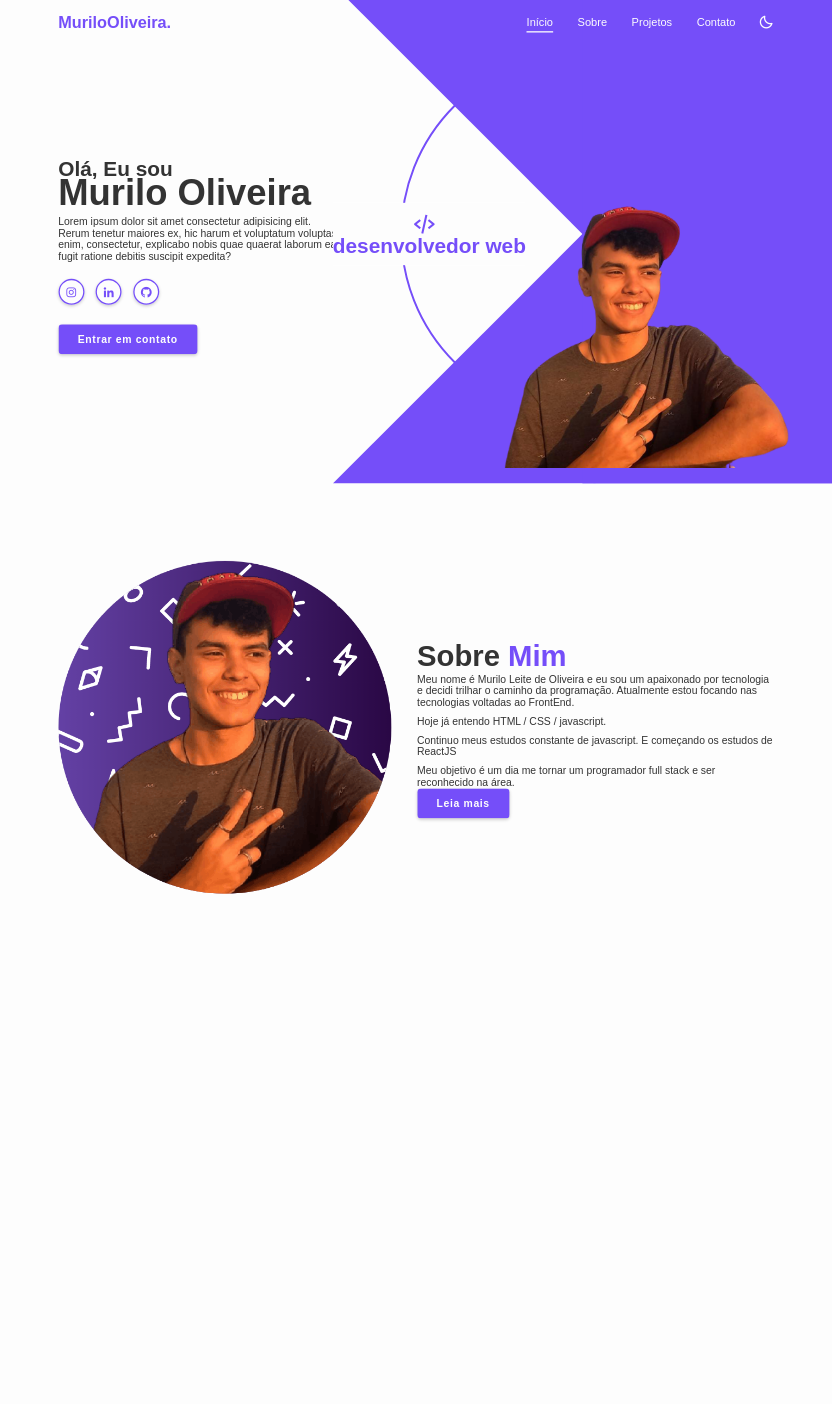
Repository: devMuriloOliveira/Portfolio-
Page: index.html
An editor plug-in stored every save of this project. The page is shown before and after the next save, followed by the edit.
The browser window is 1280 px wide. The pictures show the whole page, at 65% of full size.
Some web fonts or font styles are not loaded; a fallback is used.

Above is the page before, as saved 2023-03-11 17:52:03.

### index.html
<!DOCTYPE html>
<html lang="en">
  <head>
    <meta charset="UTF-8" />
    <meta http-equiv="X-UA-Compatible" content="IE=edge" />
    <meta name="viewport" content="width=device-width, initial-scale=1.0" />
    <title>Murilo Oliveira</title>

    <!--box icons-->
    <link
      href="https://unpkg.com/boxicons@2.1.4/css/boxicons.min.css"
      rel="stylesheet"
    />

    <!--font-->
    <link
      rel="stylesheet"
      href="https://fonts.googleapis.com/css2?family=Material+Symbols+Outlined:opsz,wght,FILL,GRAD@20..48,100..700,0..1,-50..200"
    />

    <!--css-->
    <link rel="stylesheet" href="style.css" />
  </head>
  <body>
    <header class="header">
      <a class="logo" href="#">Murilo<span>Oliveira</span>.</a>

      <nav class="navbar">
        <a href="#inicio" class="active">Início</a>
        <a href="#sobre">Sobre</a>
        <a href="#projetos">Projetos</a>
        <a href="#contato">Contato</a>
      </nav>

      <div class="bx bx bx-moon" id="darkMode-icon"></div>
    </header>

    <!------------inicio------------>

    <section class="inicio" id="inicio">
      <div class="inicio-content">
        <h3>Olá, Eu sou</h3>
        <h1>Murilo Oliveira</h1>
        <p>
          Lorem ipsum dolor sit amet consectetur adipisicing elit. Rerum tenetur
          maiores ex, hic harum et voluptatum voluptas enim, consectetur,
          explicabo nobis quae quaerat laborum ea fugit ratione debitis suscipit
          expedita?
        </p>

        <div class="social-media">
          <a href="#"><i class="bx bxl-instagram"></i></a>
          <a href="#"><i class="bx bxl-linkedin"></i></a>
          <a href="#"><i class="bx bxl-github"></i></a>
        </div>

        <a href="#" class="btn">Entrar em contato</a>
      </div>

      <div class="profession-container">
        <div class="profession-box">
          <div class="profession" style="--i: 0">
            <i class="bx bx-code-alt"></i>
            <h3>desenvolvedor web</h3>
          </div>
          <div class="profession" style="--i: 1">
            <i class="bx bx-code-alt"></i>
            <h3>desenvolvedor web</h3>
          </div>
          <div class="profession" style="--i: 2">
            <i class="bx bx-code-alt"></i>
            <h3>desenvolvedor web</h3>
          </div>
          <div class="profession" style="--i: 3">
            <i class="bx bx-code-alt"></i>
            <h3>desenvolvedor web</h3>
          </div>
          <div class="circle"></div>
        </div>

        <div class="overlay"></div>
      </div>

      <div class="inicio-img">
        <img src="assets/homem_sorrindo-removebg-preview.png" alt="" />
      </div>
    </section>

    <!------------sobre------------>

    <section class="sobre" id="sobre">
      <div class="sobre-img">
        <img src="/assets/profile-pic (4).png" alt="" />
      </div>

      <div class="sobre-content">
        <h2 class="heading">Sobre <span>Mim</span></h2>

        <p>
          Meu nome é Murilo Leite de Oliveira e eu sou um apaixonado por
          tecnologia e decidi trilhar o caminho da programação. Atualmente estou
          focando nas tecnologias voltadas ao FrontEnd.
        </p>
        <br />
        <p>Hoje já entendo HTML / CSS / javascript.</p>
        <br />
        <p>
          Continuo meus estudos constante de javascript. E começando os estudos
          de ReactJS
        </p>
        <br />
        <p>
          Meu objetivo é um dia me tornar um programador full stack e ser
          reconhecido na área.
        </p>

        <a href="#" class="btn">Leia mais</a>
      </div>
    </section>

    <!------------projetos------------>

    <section class="projetos" id="projetos"></section>

    <script src="/main.js"></script>
  </body>
</html>

### style.css
*{
  margin: 0;
  padding: 0;
  box-sizing: border-box;
  text-decoration: none;
  border: none;
  outline: none;
  scroll-behavior: smooth;
  font-family: 'Poppins', sans-serif;
}

:root{
  --bg-color: #fdfdfd;
  --text-color: #333;
  --main-color: #754ef9;
  --white-color: #fdfdfd;
  --shadow-color: rgba(0, 0, 0, .2);
}

html{
  font-size: 62.5%;
  overflow-x: hidden;
}

body{
  background: var(--bg-color);
  color: var(--text-color);
}

.header{
  position: fixed;
  top: 0;
  left: 0;
  width: 100%;
  padding: 2rem 7%;
  background: transparent;
  display: flex;
  align-items: center;
  z-index: 100;
  transition: .5s;
}

.sticky{
  background: var(--bg-color);
  box-shadow: 0 .1rem 1rem var(--shadow-color);
}

.logo{
  font-size: 2.5rem;
  color: var(--main-color);
  font-weight: 600;
  cursor: default;
  margin-right: auto;
}

.navbar a{
  position: relative;
  font-size: 1.7rem;
  color: var(--white-color);
  font-weight: 500;
  margin-right: 3.5rem;
}

 .sticky .navbar a{
  color: var(--text-color);
}

 .sticky .navbar a.active{
  color: var(--main-color);
}


.navbar a.active::before{
  content: '';
  position: absolute;
  left: 0;
  bottom: -6px;
  width: 100%;
  height: .2rem;
  background: var(--white-color);
}

  .sticky .navbar a::before{
  background: var(--main-color);
  opacity: .7;
}


#darkMode-icon{
  font-size: 2.4rem;
  color: var(--white-color);
  cursor: pointer;
}

.sticky #darkMode-icon{
  color: var(--text-color);
  opacity: .9;
}

section{
  min-height: 100vh;
  padding: 10rem 7% 2rem;
}

.inicio{
  display: flex;
  align-items: center;
}

.inicio .inicio-content{
  max-width: 44rem;
}

.inicio-content h3{
  font-size: 3.2rem;
  font-weight: 700;
  line-height: .3;
}

.inicio-content h1{
  font-size: 5.6rem;
  font-weight: 700;
  margin-bottom: .3rem;
}

.inicio-content p{
  font-size: 1.6rem;
}

.inicio-content .social-media a{
  display: inline-flex;
  justify-content: center;
  align-items: center;
  width: 4rem;
  height: 4rem;
  background: transparent;
  border: .2rem solid var(--main-color);
  border-radius: 50%;
  box-shadow: 0 .2rem .5rem var(--shadow-color);
  font-size: 2rem;
  color: var(--main-color);
  margin: 2.5rem 1.5rem 3rem 0;
  transition: .5s ease;
}

.inicio-content .social-media a:hover{
  background: var(--main-color);
  color: var(--white-color);
}

.btn{
  display: inline-block;
  padding: 1.2rem 2.8rem;
  background: var(--main-color);
  border-radius: .6rem;
  box-shadow: 0 .2rem .5rem var(--shadow-color);
  font-size: 1.6rem;
  color: var(--white-color);
  letter-spacing: .1rem;
  font-weight: 600;
  border: .2rem solid transparent;
  transition: .5s ease;
}

.btn:hover{
  background: transparent;
  color: var(--main-color);
  border-color: var(--main-color);
}

.inicio .profession-container{
  position: absolute;
  top: 50%;
  right: 0;
  transform: translateY(-50%);
  width: 768px;
  height: 768px;

  overflow: hidden;
  pointer-events: none;
}

.inicio .profession-container .profession-box{
  position: absolute;
  top: 0;
  right: 0;
  width: 768px;
  height: 768px;
  border-radius: 50%;
  display: flex;
  justify-content: center;
  align-items: center;
}

.inicio .profession-box .profession{
  position: absolute;
  left: 0;
  display: flex;
  align-items: center;
  flex-direction: column;
  color: var(--main-color);
  transform: rotate(calc(360deg / 4 * var(--i)));
  transform-origin: 384px;
  background: var(--bg-color);
  padding: 13px 0;
}

.inicio .profession-box .profession:nth-child(1) i {
  margin-right: 15px;
}

.inicio .profession-box .profession:nth-child(2),
.inicio .profession-box .profession:nth-child(4) {
  padding-bottom: 20px;
}

.inicio .profession i{
  font-size: 3.8rem;
}

.inicio .profession h3{
  font-size: 3.2rem;
  line-height: 1;
  font-weight: 600;
}

.inicio .profession-box .circle{
  width: 560px;
  height: 560px;

  border: 3px solid var(--main-color);
  border-radius: 50%;
}

.inicio .profession-container .overlay{
  position: absolute;
  top: 0;
  right: 0;
  width: 0;
  height: 0;
  border-top: 384px solid var(--main-color);
  border-right: 384px solid var(--main-color);
  border-bottom: 384px solid var(--main-color);
  border-left: 384px solid transparent;

}

.inicio-img img{
  position: absolute;
  bottom: 0;
  right: 0;
  width: 50%;
  pointer-events: none;
}

span{
  color: var(--main-color);
}

.sobre{
  display: flex;
  justify-content: center;
  align-items: center;
  gap: 4rem;
}

.sobre-img img{
  width: 40vw;
}

.heading{
  font-size: 4.5rem;
  text-align: center;
}

.sobre-content h2{
  text-align: left;
  line-height: 1.2;
}

.sobre-content p{
  font-size: 1.6rem;

}

### main.js
window.addEventListener('scroll', function () {
  const header = document.querySelector('.header')
  header.classList.toggle('sticky', window.scrollY > 100)
})

/*window.onscroll = () => {
  let header = document.querySelector('.header')

  header.classList.toggle('sticky', window.scrollY > 100)
}*/

After the next save:
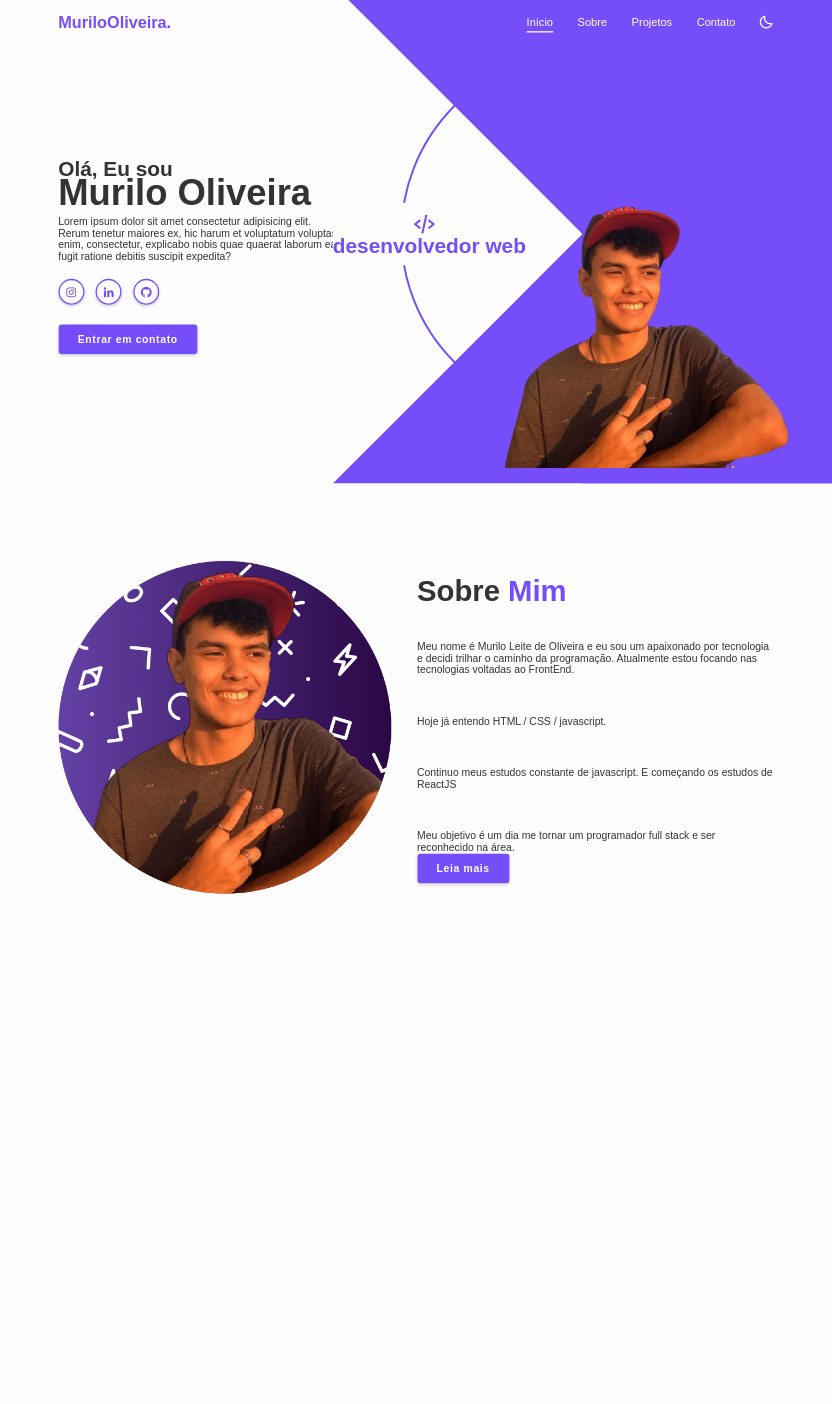
Saved 18 s later.
--- a/style.css
+++ b/style.css
@@ -280,5 +280,5 @@
 
 .sobre-content p{
   font-size: 1.6rem;
-
-}
+  margin-top: 5rem;
+}

After the save that followed:
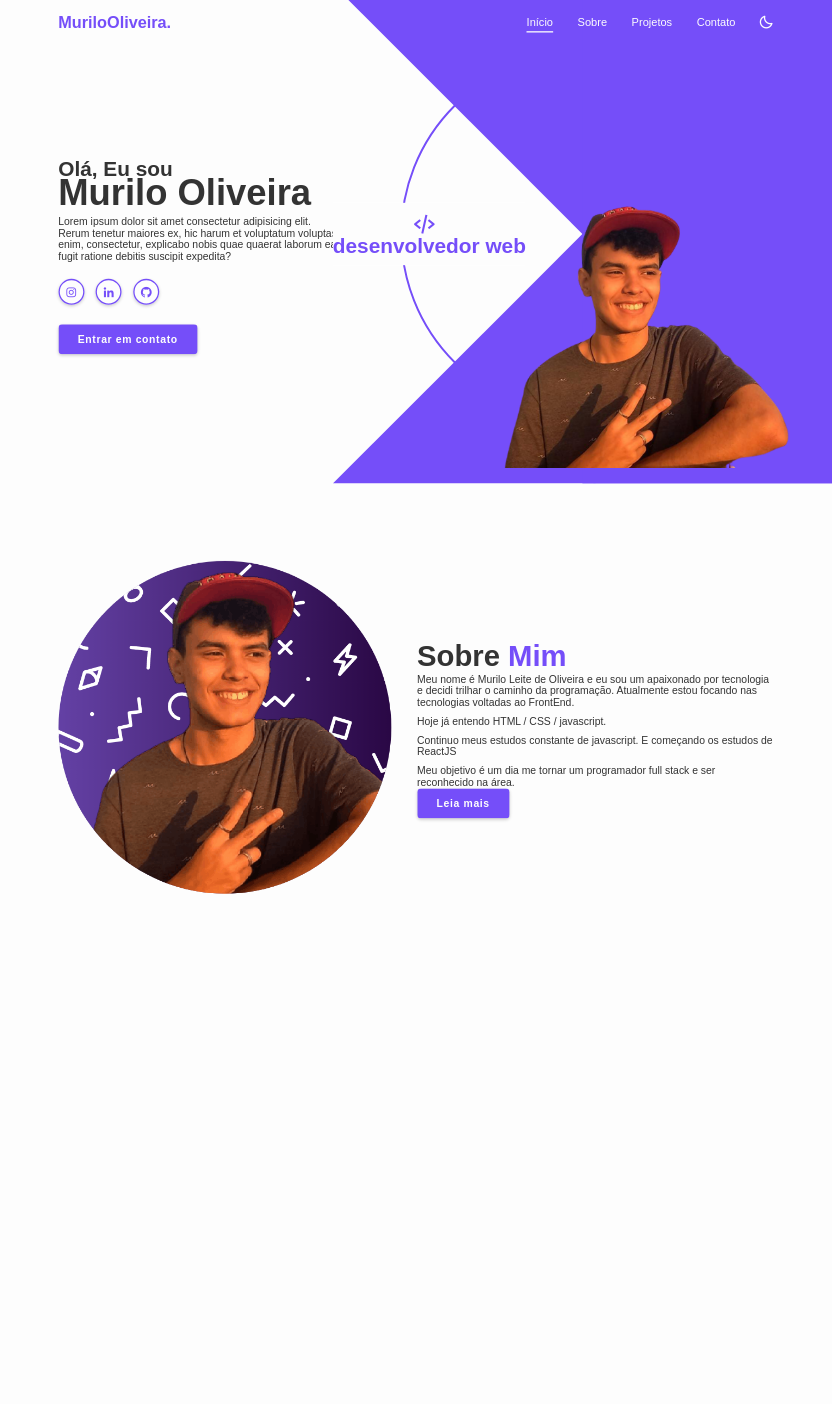
Saved 6 s later.
--- a/style.css
+++ b/style.css
@@ -280,5 +280,5 @@
 
 .sobre-content p{
   font-size: 1.6rem;
-  margin-top: 5rem;
-}
+
+}
